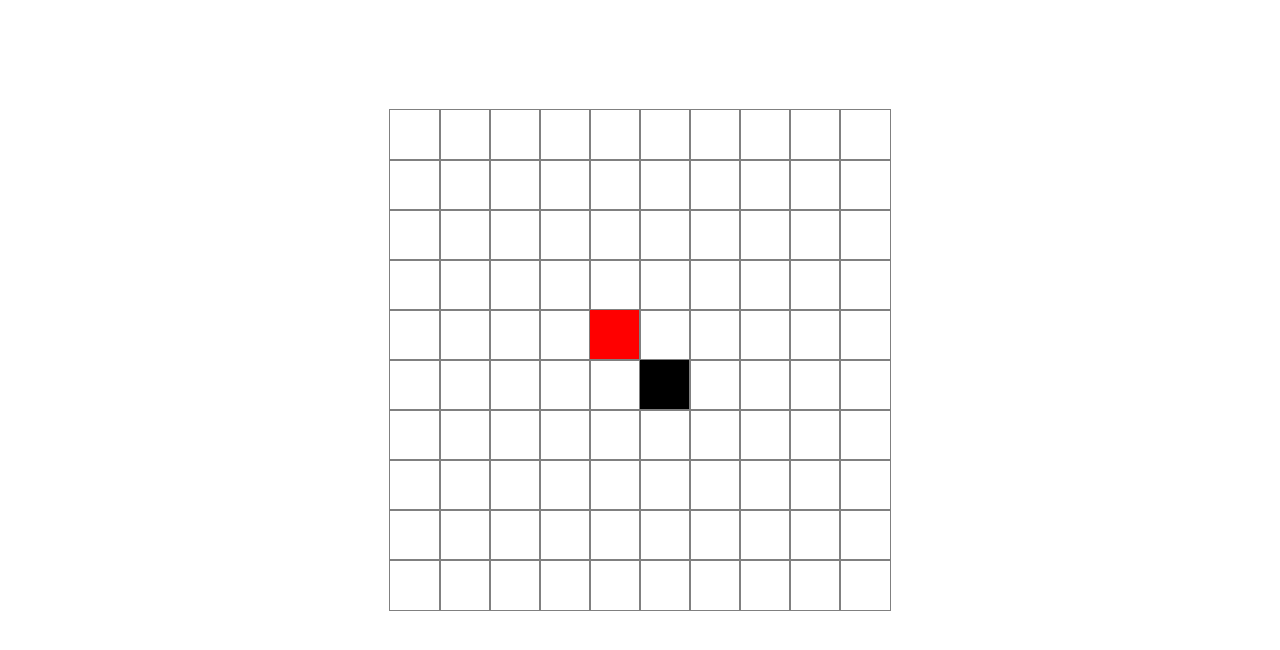
Repository: meills/react-snake
Page: /
These files come from the project's save history. The page is drawn as it stood at one moment and after the next save; the edit follows.
The browser window is 1280 px wide. The pictures show the whole page.
The project was rebuilt for these pictures with package versions that can differ from the ones it lists, and the page was loaded fresh each time. Also part of the build but not shown: src/styles/App.css.

Above is the page before, as saved 2020-06-11 00:39:04.

### src/App.js
import React from 'react';
import Grid from './components/Grid.js';
import './styles/App.css';
import './styles/snakeboard.css';


function App() {
  return (<div className="snake-container">
            <Grid />
          </div>);
}

export default App;

### src/components/Grid.js
import React from 'react';

const GRID_SIZE = 10;
const TICK_TIME = 500;

class Grid extends React.Component {
    state = {
        rows: GRID_SIZE,
        cols: GRID_SIZE,
        grid: [],
        food: {row: 4, col: 4,},
        snake: {
            head: {},
        },
        currDir: 'right',
        tickTime: TICK_TIME,
    }

    initGrid() {
        const grid = [];
        const snake = {head: {}};

        snake.head = this.getGridCenter();
        this.state.snake.head = snake.head;

        for (let row = 0; row < this.state.rows; row++) {
          for (let col = 0; col < this.state.cols; col++) {
            const isFood = row === this.state.food.row && col === this.state.food.col;
            const isHead = row === snake.head.row && col === snake.head.col
            grid.push({ row, col, isFood, isHead});
          }
        }
        this.setState({grid: grid});
    }

    resetGrid() {
        const grid = [];
        const snake = {head: {}};

        snake.head = this.getGridCenter();
        this.state.snake.head = snake.head;

        //this.setState = {snake: { head: this.getGridCenter(), }};

        for (let row = 0; row < this.state.rows; row++) {
          for (let col = 0; col < this.state.cols; col++) {
            const isFood = row === this.state.food.row && col === this.state.food.col;
            const isHead = row === snake.head.row && col === snake.head.col
            grid.push({ row, col, isFood, isHead});
          }
        }
        this.setState({grid: grid});
    }

    getFood() {
        return {
            row: Math.floor(Math.random() * GRID_SIZE),
            col: Math.floor(Math.random() * GRID_SIZE),
        };
    }

    getGridCenter() {
        return ({
            row: Math.floor(GRID_SIZE/2),
            col: Math.floor(GRID_SIZE/2),
        });
    }

    gameTick() {
        let {currDir} = this.state;
        let {row, col} = this.state.snake.head

        //console.log(this.state.snake.head.col);

        switch (currDir) {
            case 'left':
                this.setState({col: col--});
                break;

            case 'right':
                this.setState({snake: {head: {row: row, col: ++col,}}});
                break;

            case 'up':
                this.setState({row: row--});
                break;

            case 'down':
                this.setState({row: row++});
                break;

            default:
                break;
        }

        //console.log(this.state.grid);
    }

   componentDidMount() {
        this.initGrid();
        const food = this.getFood();

        console.log(food);

        //this.setState({food: food});
        //console.log(this.state.food);


       //console.log(this.state.grid);
        /*window.fnInterval = setInterval(() => {
            this.gameTick();
        }, this.state.tickTime);*/

    }

    render() {
        const gridItems = this.state.grid.map((grid) => {
            return <div key={grid.row.toString() + "," + grid.col.toString()}
                        className={ (grid.isFood ? "grid-item is-food" : "grid-item")
                                  + (grid.isHead ? " snake-head" : "") }>
                    </div>;
        });

    return (<div className='grid'> {gridItems} </div>);
    }
}

export default Grid;

### src/styles/snakeboard.css
.snake-container {
    width: 100vw;
    height: 100vh;
    display: flex;
    align-items: center;
    justify-content: center;
}

.grid {
    width: 500px;
    height: 500px;
    margin: auto;
    display: flex;
    flex-direction: row;
    flex-wrap: wrap;
}

.grid-item {
    outline: 1px solid grey;
    width: 50px;
    height: 50px;
}

.is-food {
    background-color: red;
}


.snake-head {
    background-color: black;
}

Loaded but not shown: public/index.html (common file); src/index.js (common file); src/styles/index.css (common file); src/serviceWorker.js (common file)

After the next save:
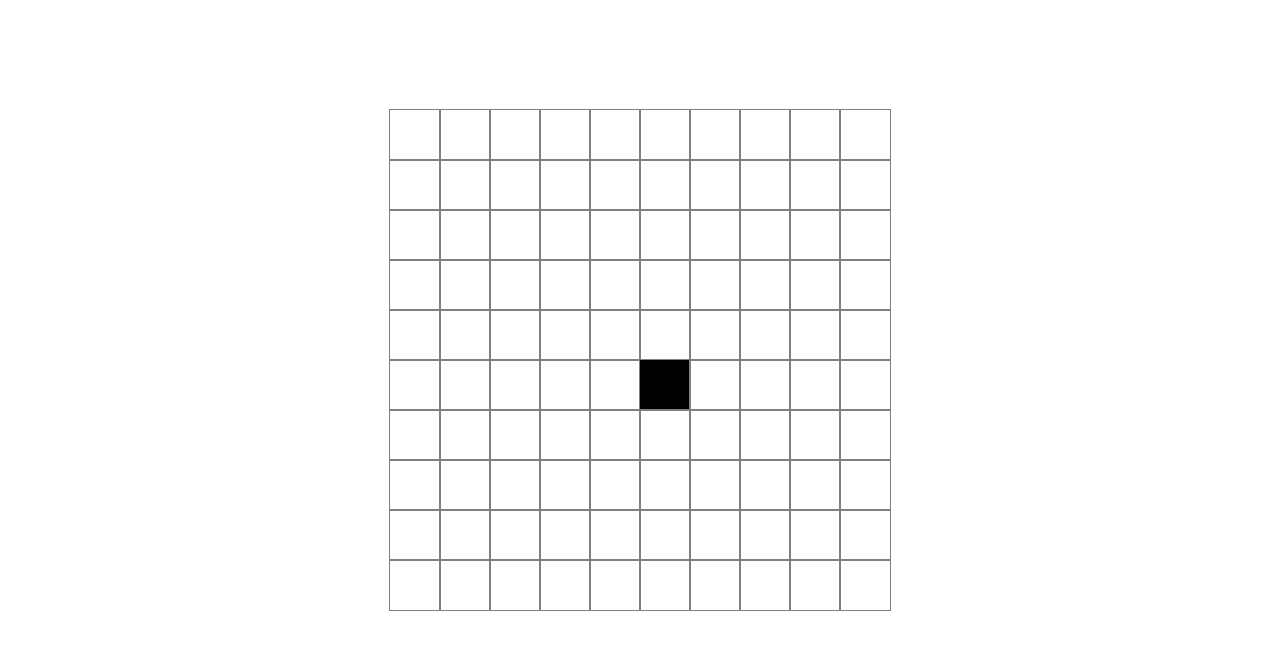
Saved 9 s later.
--- a/src/components/Grid.js
+++ b/src/components/Grid.js
@@ -8,7 +8,7 @@ class Grid extends React.Component {
         rows: GRID_SIZE,
         cols: GRID_SIZE,
         grid: [],
-        food: {row: 4, col: 4,},
+        food: {},
         snake: {
             head: {},
         },
@@ -102,7 +102,7 @@ class Grid extends React.Component {
 
         console.log(food);
 
-        //this.setState({food: food});
+        this.setState({food: food});
         //console.log(this.state.food);
 
 
